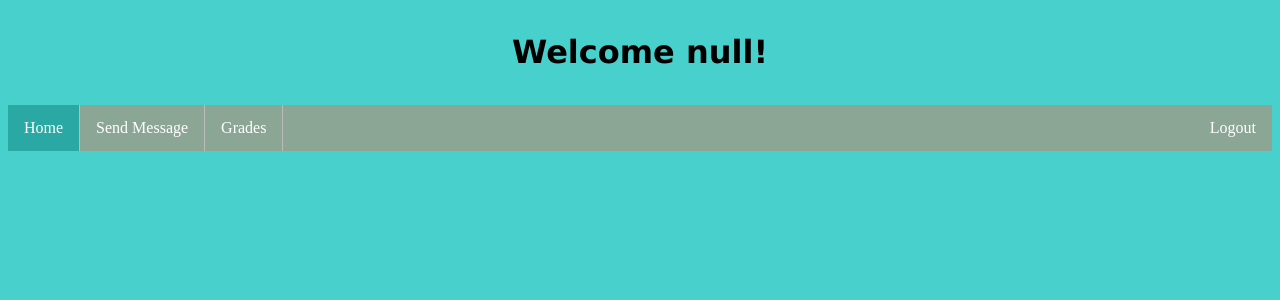
Repository: orsolyanemet/WebProject
Page: http://localhost/Project/userhome.jsp
An editor plug-in stored every save of this project. The page is shown before and after the next save, followed by the edit.
The browser window is 1280 px wide. The pictures show the whole page.
The page is served by Tomcat 9. Nobody is signed in. The application's start-up code is not run. Other server files are loaded and not shown.

Above is the page before, as saved 2018-06-11 20:12:14.

### Project/WebContent/userhome.jsp
<!--Nemet Orsolya, noim1553, 532/1 csoport, Project -->
<!DOCTYPE html>
<html>
<head>
<title>Event Organizer</title>
<link rel="stylesheet" type="text/css" href="styles/userhome.css">
</head>
<body>
	<h1>
		Welcome
		<%
		out.print(request.getSession().getAttribute("logedUsername"));
	%>!
	</h1>
	<ul>
		<li><a class="active" href="userhome.jsp">Home</a></li>
		<li><a href="">Send Message</a></li>
		<li><a href="">Grades</a></li>
		</li>
		<li class="right" onclick="logout('')"><a href="">Logout</a></li>
	</ul>
</body>
</html>

### Project/WebContent/styles/userhome.css
/*Nemet Orsolya, noim1553, 532 csoport*/
/*Project*/
body{
	background-color: #48D1CC;
}
h1 {
	text-align: center;
	font-family: Verdana;
	padding: 12px 20px;
}
h2,h3,h4{
	font-family: Verdana;
}
ul {
    list-style-type: none;
    margin: 0;
    padding: 0;
    overflow: hidden;
    background-color: #8CA695;
}

li {
    float: left;
    border-right:1px solid #bbb;
}

li:last-child {
    border-right: none;
}

li a {
    display: block;
    color: white;
    text-align: center;
    padding: 14px 16px;
    text-decoration: none;
}

li a:hover:not(.active) {
    background-color: #111;
}

.active {
    background-color: #2aa8a3;
}
.right{
	float:right;
}

After the next save:
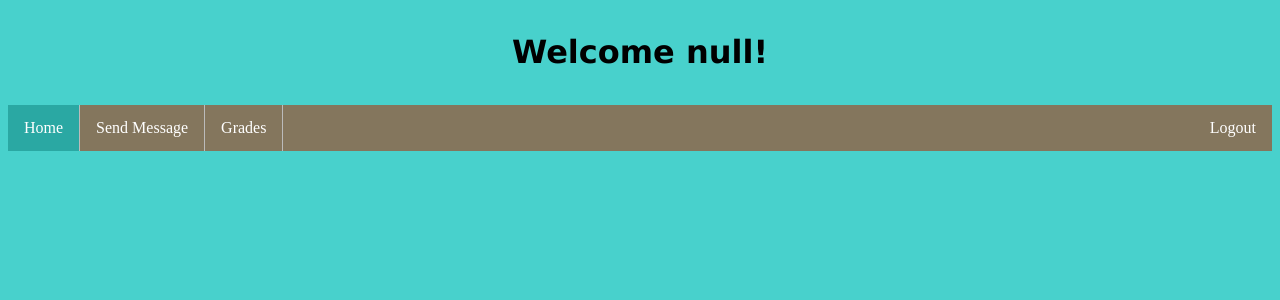
Saved 75 s later.
--- a/Project/WebContent/styles/userhome.css
+++ b/Project/WebContent/styles/userhome.css
@@ -16,7 +16,7 @@ ul {
     margin: 0;
     padding: 0;
     overflow: hidden;
-    background-color: #8CA695;
+    background-color: #84765D;
 }
 
 li {
